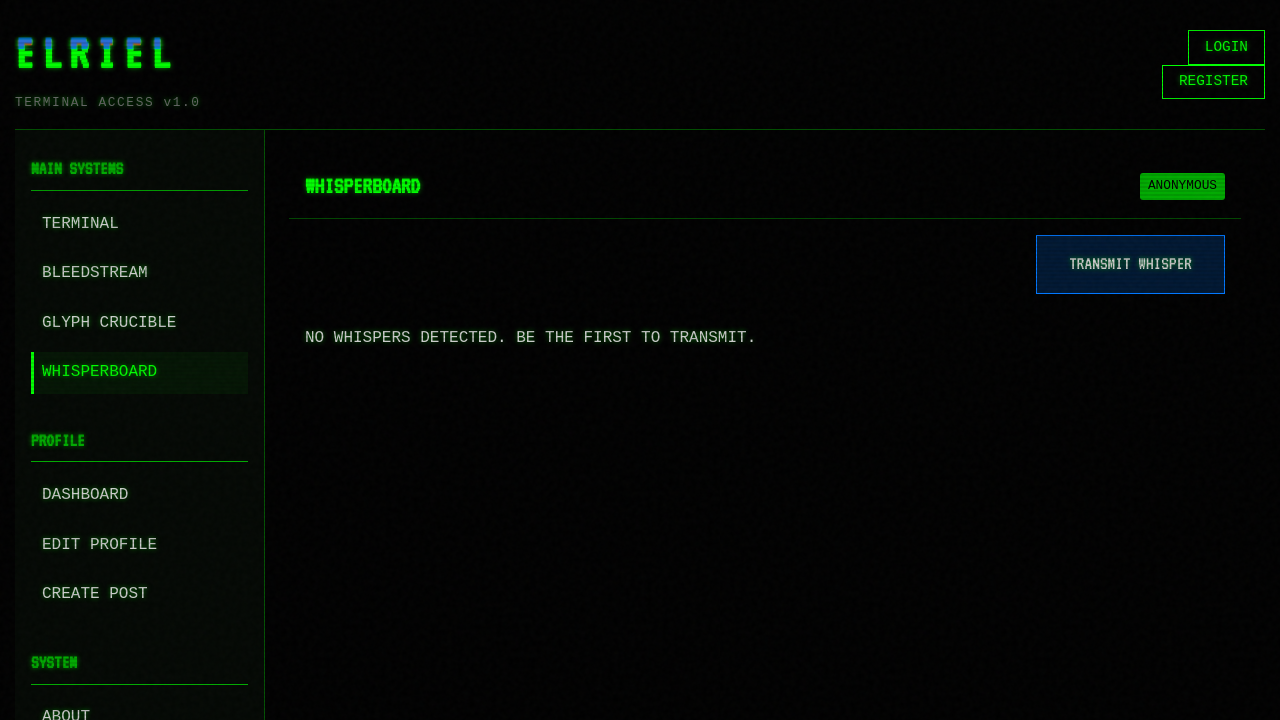
Repository: numbpill3d/elriel_1.0-forum
Page: views/whisper/board.html
These files come from the project's save history. The page is drawn as it stood at one moment and after the next save; the edit follows.
The browser window is 1280 px wide. The pictures show the whole page.
After loading, the first visible `#toggle-glitch` was clicked once.
An inner scrolling area shows only its first screen. Some web fonts or font styles are not loaded; a fallback is used.

Above is the page before, as saved 2025-04-23 11:56:31.
Console error (its wording comes from the project's code and is left out).

### views/whisper/board.html
<!DOCTYPE html>
<html lang="en">
<head>
  <meta charset="UTF-8">
  <meta name="viewport" content="width=device-width, initial-scale=1.0">
  <title>WHISPERBOARD | ELRIEL</title>
  <link rel="stylesheet" href="/css/main.css">
  <link rel="stylesheet" href="/css/glitch.css">
  <link rel="stylesheet" href="/css/whisper.css">
  <script src="/js/glitch.js" defer></script>
  <script src="/js/navigation-debug.js" defer></script>
</head>
<body class="terminal">
  <div class="noise-overlay"></div>
  <div class="scan-lines"></div>
  <div class="container">
    <header class="main-header">
      <div class="logo">
        <h1 class="glitch" data-text="ELRIEL">ELRIEL</h1>
        <div class="logo-subtitle">TERMINAL ACCESS v1.0</div>
      </div>
      <div class="user-panel">
        <div id="user-status">
          <!-- User status will be injected here -->
        </div>
      </div>
    </header>

    <div class="content-wrapper">
      <nav class="sidebar">
        <div class="nav-section">
          <h3 class="nav-title">MAIN SYSTEMS</h3>
          <ul class="nav-links">
            <li><a href="/">TERMINAL</a></li>
            <li><a href="/feed/bleedstream">BLEEDSTREAM</a></li>
            <li><a href="/glyph/crucible">GLYPH CRUCIBLE</a></li>
            <li><a href="/whisper/board" class="active">WHISPERBOARD</a></li>
          </ul>
        </div>
        <div class="nav-section">
          <h3 class="nav-title">PROFILE</h3>
          <ul class="nav-links">
            <li><a href="/profile">DASHBOARD</a></li>
            <li><a href="/profile/edit">EDIT PROFILE</a></li>
            <li><a href="/feed/new">CREATE POST</a></li>
          </ul>
        </div>
        <div class="nav-section">
          <h3 class="nav-title">SYSTEM</h3>
          <ul class="nav-links">
            <li><a href="/about">ABOUT</a></li>
            <li><a href="#" id="toggle-glitch">TOGGLE GLITCH</a></li>
          </ul>
        </div>
      </nav>

      <main class="main-content">
        <section class="whisperboard-panel">
          <div class="panel-header">
            <h2>WHISPERBOARD</h2>
            <div class="status-indicator">ANONYMOUS</div>
          </div>
          <div class="whisperboard-content">
            <div class="whisper-actions">
              <a href="/whisper/new" class="new-whisper-button">TRANSMIT WHISPER</a>
            </div>

            <div class="whisper-list" id="whisper-list">
              <!-- Whispers will be injected here -->
            </div>
          </div>
        </section>
      </main>
    </div>

    <footer class="main-footer">
      <div class="footer-text">ELRIEL NETWORK // ESTABLISHED 2025 // ALL RIGHTS SURRENDERED</div>
      <div class="footer-glyphs">
        <span class="glyph">⌘</span>
        <span class="glyph">⍟</span>
        <span class="glyph">⎔</span>
      </div>
    </footer>
  </div>

  <script>
    // Add error handling for data injection
    let data, user, whispers = [];
    try {
      // Inject data from server
      data = __DATA__;
      user = data.user;
      whispers = data.whispers || [];
      console.log("Whisper data loaded successfully:", {
        hasUser: !!user,
        whisperCount: whispers.length
      });
    } catch (err) {
      console.error("Error parsing injected data:", err);
      // Set default values
      data = {};
      user = null;
      whispers = [];
    }

    // Update user status in header
    const userStatusEl = document.getElementById('user-status');
    if (user) {
      userStatusEl.innerHTML = `
        <div class="logged-in">
          <span class="username">${user.username}</span>
          <div class="user-links">
            <a href="/profile" class="win98-btn">PROFILE</a>
            <a href="/auth/logout" class="win98-btn">LOGOUT</a>
          </div>
        </div>
      `;
    } else {
      userStatusEl.innerHTML = `
        <div class="logged-out">
          <a href="/auth/login" class="win98-btn login-btn">LOGIN</a>
          <a href="/auth/register" class="win98-btn register-btn">REGISTER</a>
        </div>
      `;
    }

    // Display whispers
    const whisperListEl = document.getElementById('whisper-list');
    if (whispers.length > 0) {
      whispers.forEach(whisper => {
        const whisperEl = document.createElement('div');
        whisperEl.className = 'whisper-item';

        let glyphHtml = '';
        if (whisper.glyph_svg) {
          glyphHtml = `<div class="whisper-glyph">${whisper.glyph_svg}</div>`;
        } else {
          // Generate a random anonymous glyph if none is attached
          // This would ideally be done server-side and stored, but for now, client-side simulation
          const randomSeed = whisper.id + whisper.created_at; // Use whisper data for deterministic random
          glyphHtml = `<div class="whisper-glyph">${generateAnonGlyphSVG(randomSeed)}</div>`;
        }

        whisperEl.innerHTML = `
          ${glyphHtml}
          <div class="whisper-content">
            <div class="whisper-body">${whisper.content}</div>
            <div class="whisper-meta">
              <span class="whisper-date">${new Date(whisper.created_at).toLocaleString()}</span>
              ${whisper.is_encrypted ? '<span class="whisper-encrypted">ENCRYPTED</span>' : ''}
            </div>
            <a href="/whisper/${whisper.id}" class="view-whisper-link">VIEW WHISPER</a>
          </div>
        `;
        whisperListEl.appendChild(whisperEl);
      });
    } else {
      whisperListEl.innerHTML = '<span>NO WHISPERS DETECTED. BE THE FIRST TO TRANSMIT.</span>';
    }

    // Helper function to generate SVG data for an anonymous glyph (client-side simulation)
    function generateAnonGlyphSVG(seed) {
      // Create a deterministic random number generator based on the seed
      const random = seedRandom(seed);

      // Generate SVG elements
      const width = 80;
      const height = 80;
      const centerX = width / 2;
      const centerY = height / 2;

      // Start SVG
      let svg = `<svg xmlns="http://www.w3.org/2000/svg" viewBox="0 0 ${width} ${height}" class="anon-glyph-svg">`;

      // Add a background circle
      svg += `<circle cx="${centerX}" cy="${centerY}" r="${centerX - 4}" fill="none" stroke="#333" stroke-width="1" />`;

      // Generate a simple symbol
      const symbolType = Math.floor(random() * 5);

      switch (symbolType) {
        case 0: // Cross
          svg += `<line x1="${centerX - 15}" y1="${centerY}" x2="${centerX + 15}" y2="${centerY}" stroke="#666" stroke-width="1" />`;
          svg += `<line x1="${centerX}" y1="${centerY - 15}" x2="${centerX}" y2="${centerY + 15}" stroke="#666" stroke-width="1" />`;
          break;
        case 1: // Triangle
          svg += `<polygon points="${centerX},${centerY - 15} ${centerX - 15},${centerY + 7.5} ${centerX + 15},${centerY + 7.5}" fill="none" stroke="#666" stroke-width="1" />`;
          break;
        case 2: // Square
          svg += `<rect x="${centerX - 12}" y="${centerY - 12}" width="24" height="24" fill="none" stroke="#666" stroke-width="1" />`;
          break;
        case 3: // Circle
          svg += `<circle cx="${centerX}" cy="${centerY}" r="12" fill="none" stroke="#666" stroke-width="1" />`;
          break;
        case 4: // Star
          const points = 5;
          const outerRadius = 15;
          const innerRadius = 7.5;
          let starPoints = '';

          for (let i = 0; i < points * 2; i++) {
            const radius = i % 2 === 0 ? outerRadius : innerRadius;
            const angle = (Math.PI / points) * i;
            const x = centerX + radius * Math.sin(angle);
            const y = centerY - radius * Math.cos(angle);
            starPoints += `${x},${y} `;
          }

          svg += `<polygon points="${starPoints}" fill="none" stroke="#666" stroke-width="1" />`;
          break;
      }

      // Add a few random dots
      for (let i = 0; i < 3; i++) {
        const angle = random() * Math.PI * 2;
        const distance = 3 + random() * 10;
        const x = centerX + Math.cos(angle) * distance;
        const y = centerY + Math.sin(angle) * distance;
        svg += `<circle cx="${x}" cy="${y}" r="1" fill="#999" />`;
      }

      // Close SVG
      svg += '</svg>';

      return svg;
    }

    // Deterministic random number generator based on a seed
    function seedRandom(seed) {
      let hash = 0;
      for (let i = 0; i < seed.length; i++) {
        hash = ((hash << 5) - hash) + seed.charCodeAt(i);
        hash |= 0; // Convert to 32-bit integer
      }

      // Simple LCG random number generator
      let state = hash;
      return function() {
        state = (state * 1664525 + 1013904223) % 4294967296;
        return state / 4294967296;
      };
    }

    // Toggle glitch effects
    document.getElementById('toggle-glitch').addEventListener('click', function(e) {
      e.preventDefault();
      document.body.classList.toggle('glitch-active');
    });
  </script>
</body>
</html>

### public/css/whisper.css
/* Elriel - Whisper CSS Styles */
/* Styles for the Whisperboard and whisper pages */

.whisperboard-panel .panel-header h2,
.whisper-panel .panel-header h2 {
  font-size: 1.5rem;
}

.whisperboard-content,
.whisper-content-area {
  padding: 1rem;
}

.whisper-actions {
  margin-bottom: 2rem;
  text-align: right;
}

.new-whisper-button {
  display: inline-block;
  padding: 0.8rem 2rem;
  background-color: rgba(0, 119, 255, 0.2); /* Blue background */
  border: 1px solid var(--terminal-blue); /* Blue border */
  color: var(--terminal-text);
  text-decoration: none;
  font-family: var(--header-font);
  font-size: 1.2rem;
  cursor: pointer;
  transition: background-color 0.3s ease;
}

.new-whisper-button:hover {
  background-color: rgba(0, 119, 255, 0.4);
}

.whisper-list {
  /* Styles for the list of whispers */
}

.whisper-item {
  background-color: rgba(0, 0, 20, 0.5); /* Dark blue background */
  border: 1px solid rgba(0, 0, 255, 0.2); /* Blue border */
  margin-bottom: 1.5rem;
  padding: 1rem;
  display: flex;
  gap: 1rem;
}

.whisper-glyph {
  width: 80px;
  height: 80px;
  flex-shrink: 0;
  border: 1px solid var(--terminal-dim);
  padding: 3px;
  background-color: rgba(0, 0, 0, 0.5);
}

.whisper-glyph svg {
  width: 100%;
  height: 100%;
}

.whisper-content {
  flex-grow: 1;
}

.whisper-body {
  font-family: var(--terminal-font);
  font-size: 1rem;
  color: var(--terminal-text);
  line-height: 1.6;
  margin-bottom: 0.5rem;
}

.whisper-meta {
  font-size: 0.8rem;
  color: var(--terminal-dim);
  margin-bottom: 0.5rem;
}

.whisper-date {
  margin-right: 1rem;
}

.whisper-encrypted {
  color: var(--terminal-red);
}

.view-whisper-link {
  display: inline-block;
  font-size: 0.9rem;
  color: var(--terminal-blue);
  text-decoration: none;
  margin-top: 0.5rem;
}

.view-whisper-link:hover {
  text-decoration: underline;
}

/* New Whisper Page Styles */
.new-whisper-panel .panel-header h2 {
  font-size: 1.5rem;
}

.new-whisper-content {
  padding: 1rem;
}

.new-whisper-form .form-group {
  margin-bottom: 1.5rem;
}

.new-whisper-form label {
  display: block;
  margin-bottom: 0.5rem;
  color: var(--terminal-dim-green);
  font-size: 0.9rem;
}

.new-whisper-form textarea {
  width: 100%;
  padding: 0.8rem;
  background-color: rgba(0, 0, 0, 0.5);
  border: 1px solid var(--terminal-dim-green);
  color: var(--terminal-bright);
  font-family: var(--terminal-font);
  font-size: 1rem;
  outline: none;
  min-height: 150px;
  resize: vertical;
}

.new-whisper-form textarea:focus {
  border-color: var(--terminal-green);
  box-shadow: 0 0 5px var(--glow-color);
}

.new-whisper-form button {
  display: inline-block;
  padding: 0.8rem 2rem;
  background-color: var(--terminal-green);
  border: none;
  color: var(--terminal-bg);
  font-family: var(--header-font);
  font-size: 1.2rem;
  cursor: pointer;
  transition: background-color 0.3s ease;
  margin-top: 1rem;
}

.new-whisper-form button:hover {
  background-color: var(--terminal-dim-green);
}

.glyph-selection {
  display: flex;
  flex-wrap: wrap;
  gap: 10px;
  margin-top: 1rem;
  max-height: 150px;
  overflow-y: auto;
  padding: 10px;
  border: 1px dashed rgba(0, 255, 0, 0.1);
  background-color: rgba(0, 0, 0, 0.3);
}

.glyph-item {
  width: 60px;
  height: 60px;
  border: 1px solid var(--terminal-dim);
  padding: 3px;
  cursor: pointer;
  transition: border-color 0.3s ease;
  background-color: rgba(0, 0, 0, 0.5);
}

.glyph-item:hover, .glyph-item.selected {
  border-color: var(--terminal-green);
}

.glyph-item svg {
  width: 100%;
  height: 100%;
}

.glyph-item.selected {
  box-shadow: 0 0 5px var(--glow-color);
}

/* View Whisper Page Styles */
.view-whisper-panel .panel-header h2 {
  font-size: 1.5rem;
}

.view-whisper-content {
  padding: 1rem;
}

.view-whisper-header {
  margin-bottom: 1.5rem;
  padding-bottom: 1.5rem;
  border-bottom: 1px solid rgba(255, 255, 255, 0.1);
}

.view-whisper-glyph {
  width: 100px;
  height: 100px;
  border: 1px solid var(--terminal-dim);
  padding: 5px;
  background-color: rgba(0, 0, 0, 0.5);
  margin-bottom: 1rem;
}

.view-whisper-glyph svg {
  width: 100%;
  height: 100%;
}

.view-whisper-body {
  font-family: var(--terminal-font);
  color: var(--terminal-text);
  line-height: 1.8;
  white-space: pre-wrap; /* Preserve line breaks */
}

.view-whisper-meta {
  font-size: 0.9rem;
  color: var(--terminal-dim);
  margin-top: 1.5rem;
  border-top: 1px dashed rgba(255, 255, 255, 0.1);
  padding-top: 1rem;
}

.view-whisper-date {
  margin-right: 1rem;
}

.view-whisper-encrypted {
  color: var(--terminal-red);
}

/* Encrypted Whisper Page Styles */
.encrypted-whisper-panel .panel-header h2 {
  font-size: 1.5rem;
}

.encrypted-whisper-content {
  padding: 2rem;
  text-align: center;
}

.encrypted-whisper-content .section-title {
  color: var(--terminal-red);
  font-size: 1.5rem;
  margin-bottom: 1rem;
}

.encrypted-whisper-content .section-content {
  color: var(--terminal-text);
  margin-bottom: 2rem;
}

.encrypted-whisper-form .form-group {
  margin-bottom: 1.5rem;
}

.encrypted-whisper-form label {
  display: block;
  margin-bottom: 0.5rem;
  color: var(--terminal-dim-green);
  font-size: 0.9rem;
}

.encrypted-whisper-form input[type="text"] {
  width: 100%;
  max-width: 300px;
  padding: 0.8rem;
  background-color: rgba(0, 0, 0, 0.5);
  border: 1px solid var(--terminal-dim-green);
  color: var(--terminal-bright);
  font-family: var(--terminal-font);
  font-size: 1rem;
  outline: none;
  text-align: center;
}

.encrypted-whisper-form input[type="text"]:focus {
  border-color: var(--terminal-green);
  box-shadow: 0 0 5px var(--glow-color);
}

.encrypted-whisper-form button {
  padding: 0.8rem 2rem;
  background-color: var(--terminal-green);
  border: none;
  color: var(--terminal-bg);
  font-family: var(--header-font);
  font-size: 1.2rem;
  cursor: pointer;
  transition: background-color 0.3s ease;
  margin-top: 1rem;
}

.encrypted-whisper-form button:hover {
  background-color: var(--terminal-dim-green);
}

### public/js/navigation-debug.js
/**
 * Elriel - Navigation Debugging
 * This file helps diagnose navigation issues in the application
 */

// Log all navigation attempts
window.navigationDebug = true;

// Override the window.location methods to log navigation attempts
(function() {
  const originalReplace = window.location.replace;
  window.location.replace = function(url) {
    console.log("[NAV DEBUG] Replacing location with:", url);
    if (window.navigationDebug) {
      alert("Navigating to: " + url);
    }
    return originalReplace.call(this, url);
  };

  // Also patch href changes
  const originalHrefSetter = Object.getOwnPropertyDescriptor(window.location, 'href').set;
  Object.defineProperty(window.location, 'href', {
    set: function(url) {
      console.log("[NAV DEBUG] Setting location.href to:", url);
      if (window.navigationDebug) {
        alert("Navigating href to: " + url);
      }
      return originalHrefSetter.call(this, url);
    }
  });

  // Log page load
  console.log("[NAV DEBUG] Page loaded:", window.location.pathname);

  // Add event listener to all anchor tags
  document.addEventListener('DOMContentLoaded', function() {
    const links = document.querySelectorAll('a[href]');
    links.forEach(link => {
      link.addEventListener('click', function(e) {
        console.log("[NAV DEBUG] Link clicked:", this.href);
      });
    });

    console.log("[NAV DEBUG] Attached listeners to", links.length, "links");
  });
})();

// Expose direct navigation functions
window.navigateTo = function(path) {
  console.log("[NAV DEBUG] Direct navigation to:", path);
  try {
    window.location.href = path;
    return true;
  } catch (e) {
    console.error("[NAV DEBUG] Navigation error:", e);
    return false;
  }
};

// Debug current user session
window.checkUserSession = function() {
  const userPanel = document.getElementById('user-status');
  console.log("[NAV DEBUG] User panel content:", userPanel ? userPanel.innerHTML : "Not found");

  // Add login buttons if missing
  if (userPanel && !userPanel.innerHTML.trim()) {
    console.log("[NAV DEBUG] Adding login buttons to empty user panel");
    userPanel.innerHTML = `
      <div class="logged-out">
        <a href="/auth/login" class="win98-btn login-btn">LOGIN</a>
        <a href="/auth/register" class="win98-btn register-btn">REGISTER</a>
      </div>
    `;
  }
};

// Initialize on load
document.addEventListener('DOMContentLoaded', function() {
  console.log("[NAV DEBUG] DOM loaded, checking user session");
  window.checkUserSession();
});

Loaded but not shown: public/js/glitch.js (234 lines, source omitted); public/css/main.css (435 lines, source omitted); public/css/glitch.css (421 lines, source omitted)

After the next save:
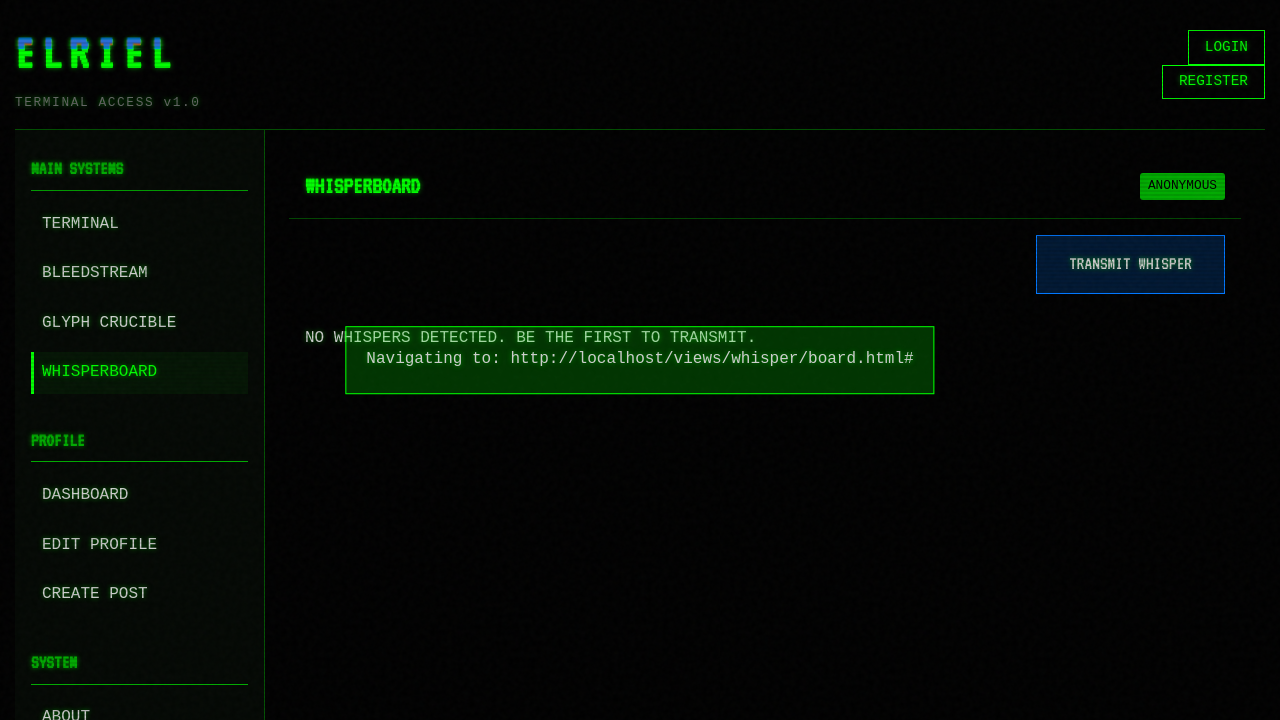
The error is gone.
Saved 60 s later.
--- a/public/js/navigation-debug.js
+++ b/public/js/navigation-debug.js
@@ -6,64 +6,50 @@
 // Log all navigation attempts
 window.navigationDebug = true;
 
-// Override the window.location methods to log navigation attempts
-(function() {
-  const originalReplace = window.location.replace;
-  window.location.replace = function(url) {
-    console.log("[NAV DEBUG] Replacing location with:", url);
-    if (window.navigationDebug) {
-      alert("Navigating to: " + url);
-    }
-    return originalReplace.call(this, url);
-  };
+document.addEventListener('DOMContentLoaded', function() {
+  console.log("[NAV DEBUG] Page loaded:", window.location.pathname);
 
-  // Also patch href changes
-  const originalHrefSetter = Object.getOwnPropertyDescriptor(window.location, 'href').set;
-  Object.defineProperty(window.location, 'href', {
-    set: function(url) {
-      console.log("[NAV DEBUG] Setting location.href to:", url);
+  // Add event listeners to all links
+  const links = document.querySelectorAll('a[href]');
+  links.forEach(link => {
+    const originalHref = link.getAttribute('href');
+    link.addEventListener('click', function(e) {
       if (window.navigationDebug) {
-        alert("Navigating href to: " + url);
+        console.log("[NAV DEBUG] Link clicked:", this.href);
+        if (this.href.includes('/feed/') ||
+            this.href.includes('/glyph/') ||
+            this.href.includes('/whisper/') ||
+            this.href.includes('/terminal/')) {
+          e.preventDefault();
+          console.log("[NAV DEBUG] Special navigation to:", this.href);
+
+          // Show a temporary message
+          const msg = document.createElement('div');
+          msg.style.position = 'fixed';
+          msg.style.top = '50%';
+          msg.style.left = '50%';
+          msg.style.transform = 'translate(-50%, -50%)';
+          msg.style.padding = '20px';
+          msg.style.background = 'rgba(0, 255, 0, 0.2)';
+          msg.style.border = '1px solid #00ff00';
+          msg.style.zIndex = '9999';
+          msg.innerText = 'Navigating to: ' + this.href;
+          document.body.appendChild(msg);
+
+          // Delay navigation to allow seeing the message
+          setTimeout(() => {
+            window.location.href = this.href;
+          }, 500);
+        }
       }
-      return originalHrefSetter.call(this, url);
-    }
+    });
   });
 
-  // Log page load
-  console.log("[NAV DEBUG] Page loaded:", window.location.pathname);
+  console.log("[NAV DEBUG] Attached listeners to", links.length, "links");
 
-  // Add event listener to all anchor tags
-  document.addEventListener('DOMContentLoaded', function() {
-    const links = document.querySelectorAll('a[href]');
-    links.forEach(link => {
-      link.addEventListener('click', function(e) {
-        console.log("[NAV DEBUG] Link clicked:", this.href);
-      });
-    });
-
-    console.log("[NAV DEBUG] Attached listeners to", links.length, "links");
-  });
-})();
-
-// Expose direct navigation functions
-window.navigateTo = function(path) {
-  console.log("[NAV DEBUG] Direct navigation to:", path);
-  try {
-    window.location.href = path;
-    return true;
-  } catch (e) {
-    console.error("[NAV DEBUG] Navigation error:", e);
-    return false;
-  }
-};
-
-// Debug current user session
-window.checkUserSession = function() {
+  // Force add user login buttons if missing
   const userPanel = document.getElementById('user-status');
-  console.log("[NAV DEBUG] User panel content:", userPanel ? userPanel.innerHTML : "Not found");
-
-  // Add login buttons if missing
-  if (userPanel && !userPanel.innerHTML.trim()) {
+  if (userPanel && (!userPanel.innerHTML || userPanel.innerHTML.trim() === '')) {
     console.log("[NAV DEBUG] Adding login buttons to empty user panel");
     userPanel.innerHTML = `
       <div class="logged-out">
@@ -72,10 +58,4 @@ window.checkUserSession = function() {
       </div>
     `;
   }
-};
-
-// Initialize on load
-document.addEventListener('DOMContentLoaded', function() {
-  console.log("[NAV DEBUG] DOM loaded, checking user session");
-  window.checkUserSession();
 });
